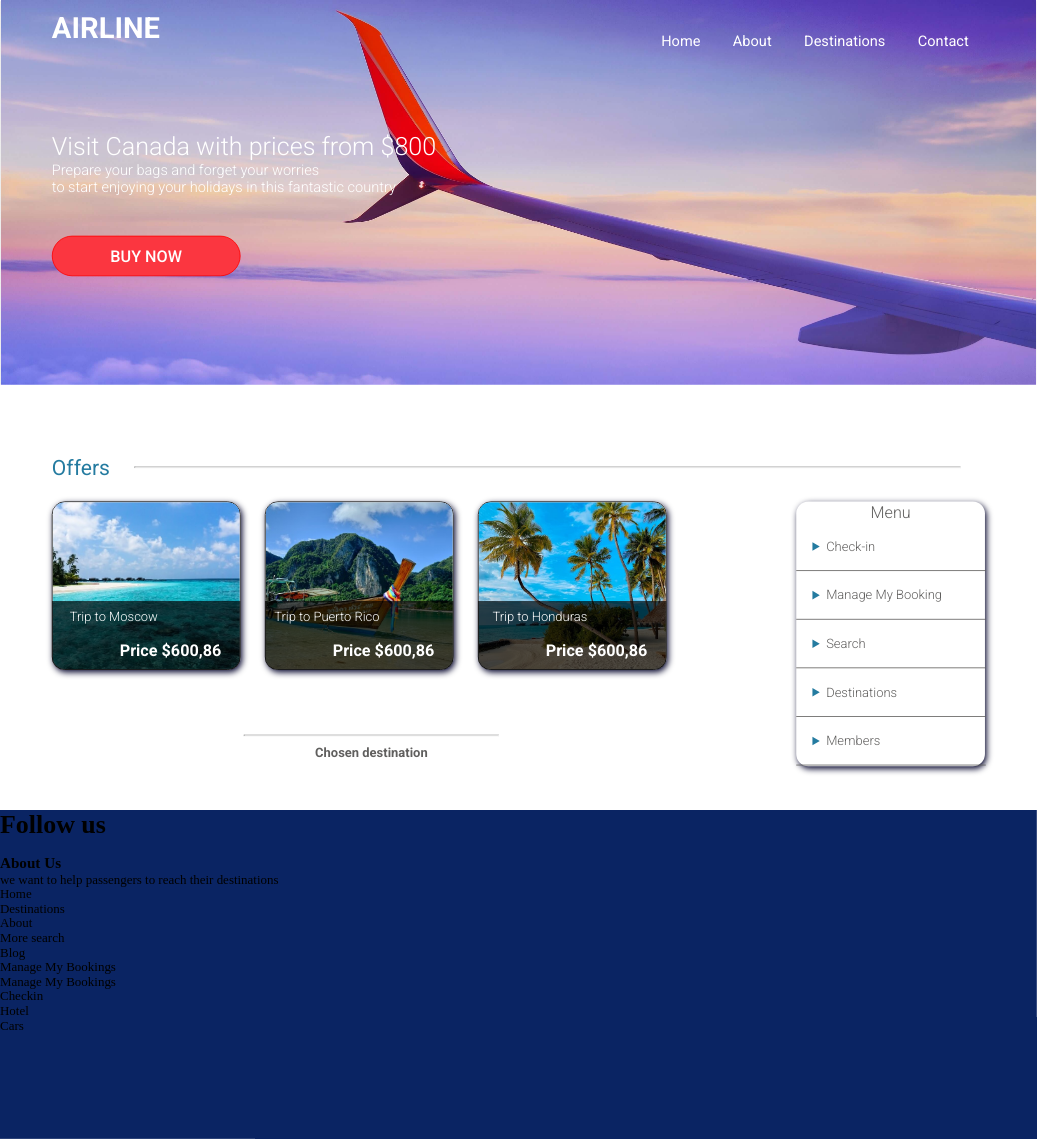
Repository: Cherced/AIRLINES
Page: /
These files come from the project's save history. The page is drawn as it stood at one moment and after the next save; the edit follows.
The browser window is 1280 px wide. The pictures show the whole page, at 81% of full size.
The project was rebuilt for these pictures with package versions that can differ from the ones it lists, and the page was loaded fresh each time. The framework's server and built-in components were replaced by stand-ins that run in the browser.

Above is the page before, as saved 2022-06-30 16:09:06.

After the next save:
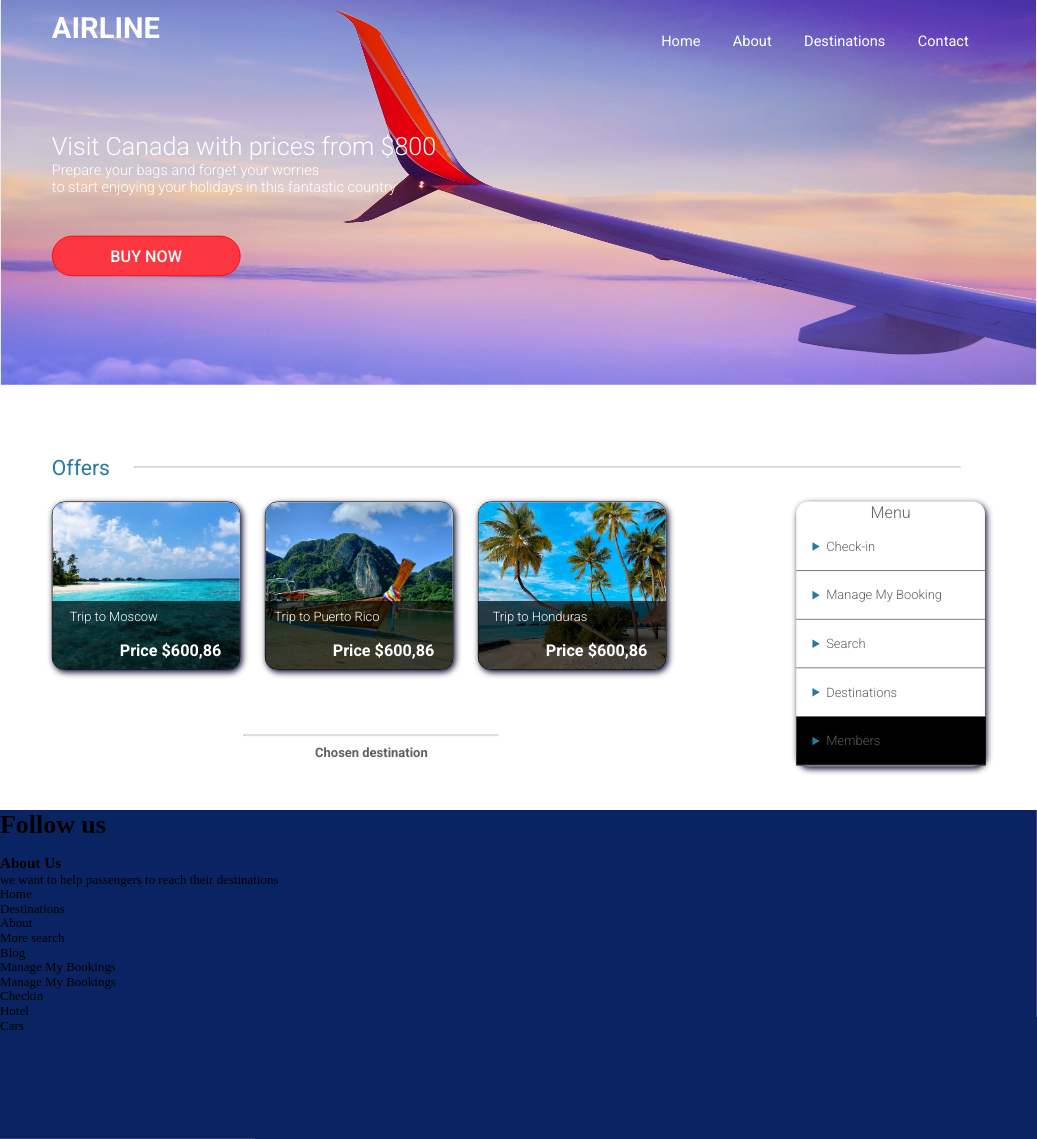
Saved 91 s later.
--- a/sass/Elements/_offerts.scss
+++ b/sass/Elements/_offerts.scss
@@ -129,6 +129,9 @@
                 opacity: 1;
             }
 
+            #EXPECIFFFYYY li:nth-child(5){
+                background: black;
+            }
             ul {
                 list-style-type: disclosure-closed;
                 list-style-position: inside;
@@ -154,9 +157,6 @@
                     border-bottom: 0.5px solid #605F5E;
                 }
 
-                #EXPECIFFFYYY li:nth-child(5){
-                    background: black;
-                }
             }
         }
     }

After the save that followed:
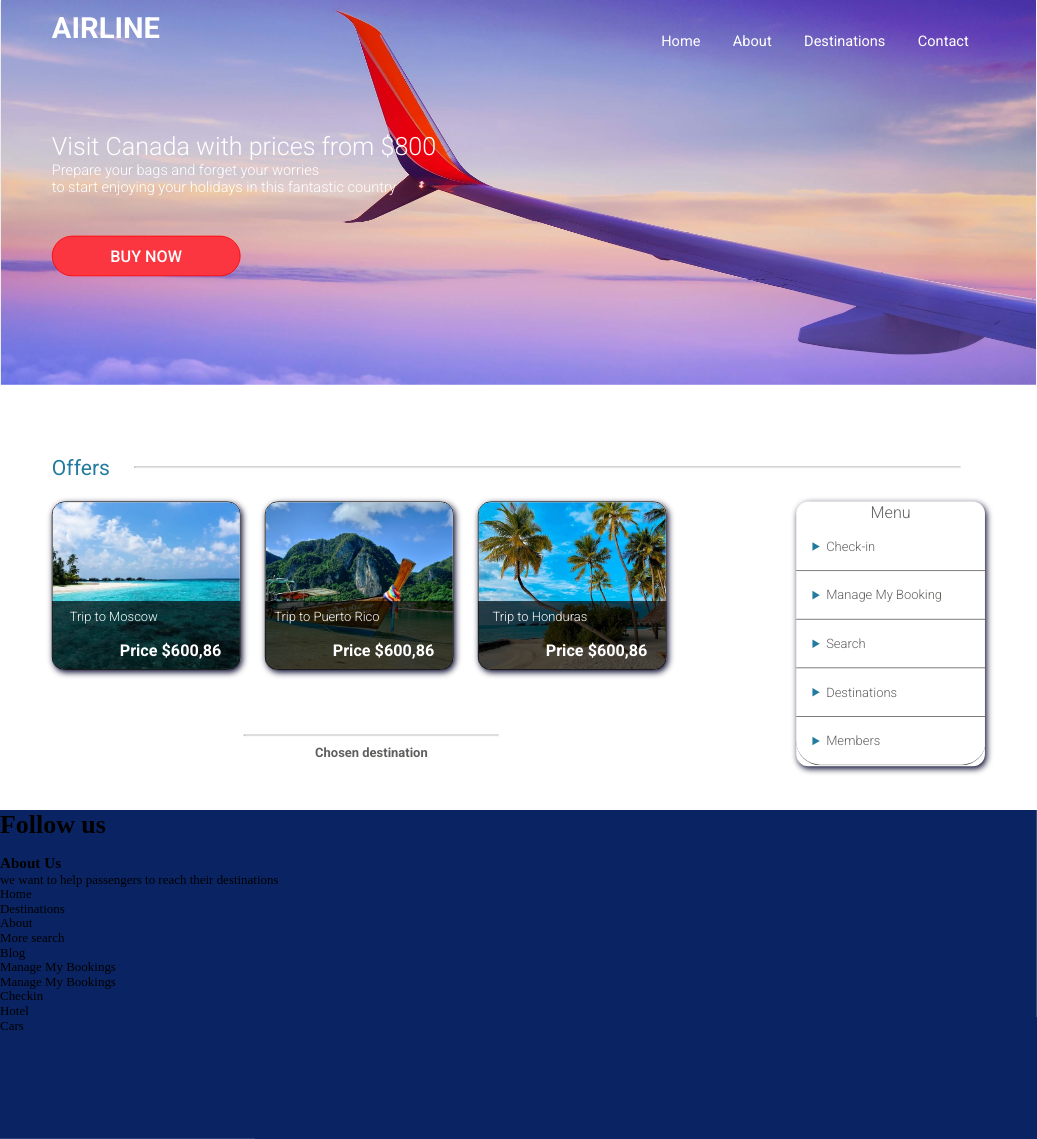
Saved 14 s later.
--- a/sass/Elements/_offerts.scss
+++ b/sass/Elements/_offerts.scss
@@ -130,7 +130,7 @@
             }
 
             #EXPECIFFFYYY li:nth-child(5){
-                background: black;
+                border-radius: 30px;
             }
             ul {
                 list-style-type: disclosure-closed;
